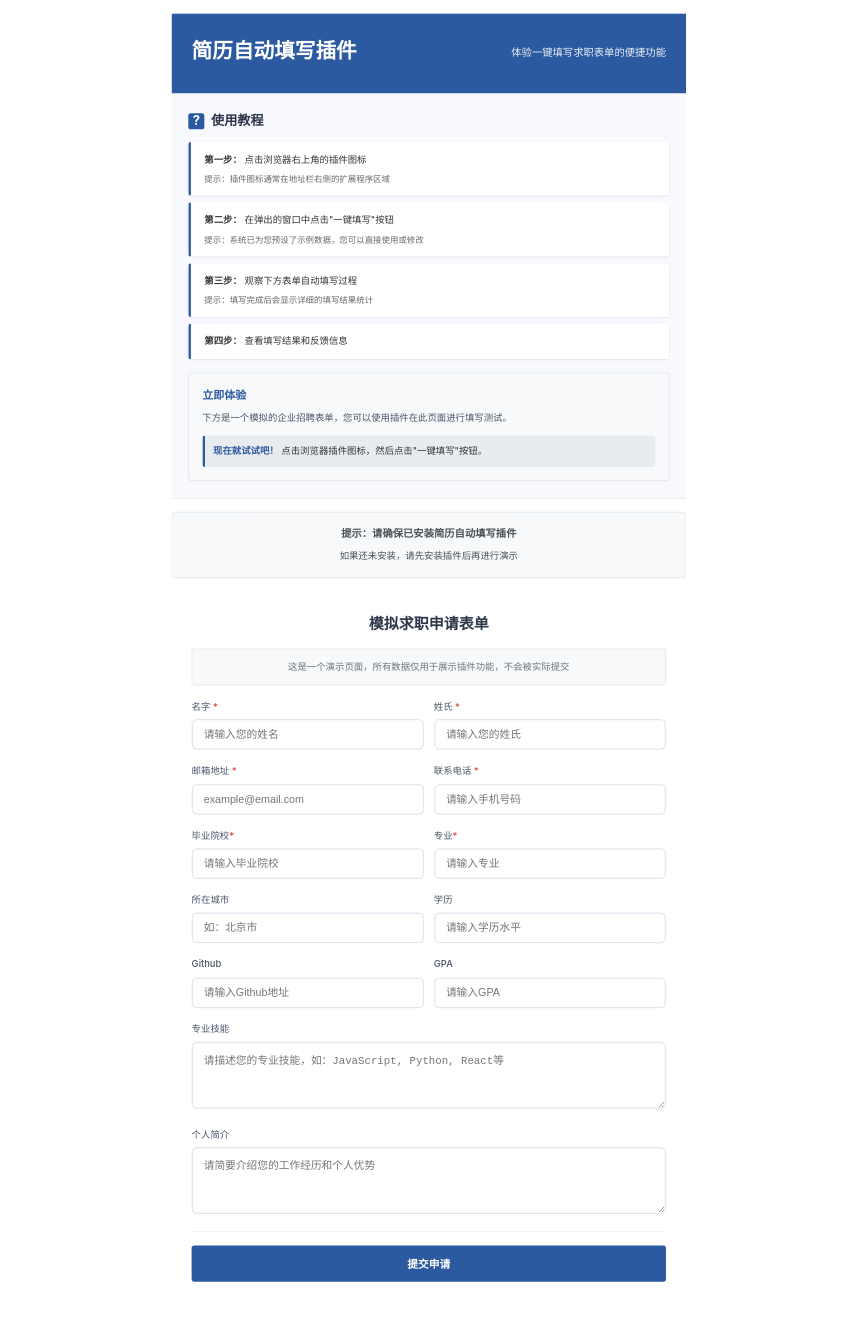
Repository: Zion74/jiancareer-chrome-main-zhn
Page: public/mock-form.html
The author's editor kept a copy of each file at every save. The page is drawn from the files as they stood at one save, then again after a run of saves.
The browser window is 1280 px wide. The pictures show the whole page, at 67% of full size.

Above is the page before, as saved 2025-09-10 08:41:09.

After the next 2 saves:
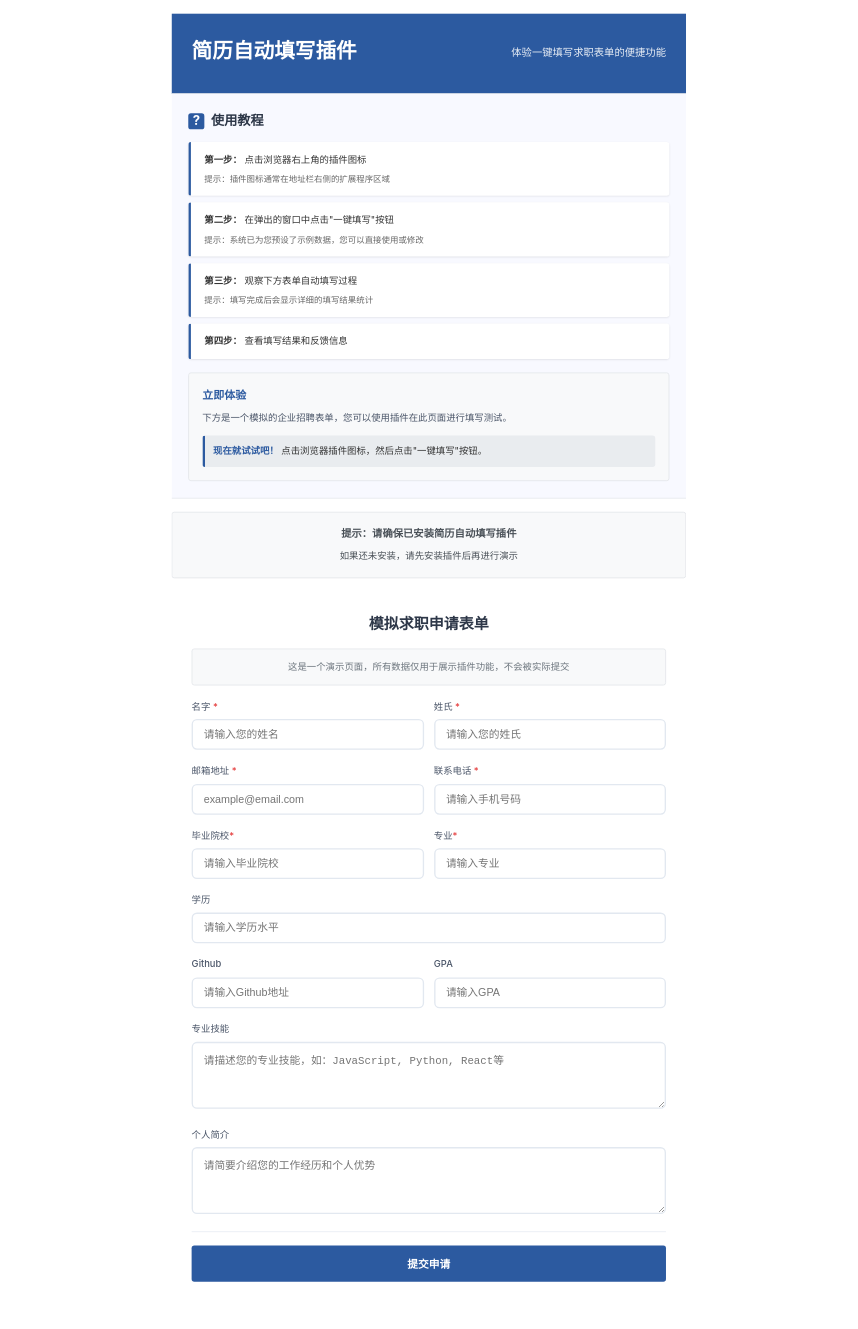
The 2 saves are shown as one change because they came seconds apart.
The last was saved 8 s later.
--- a/public/mock-form.html
+++ b/public/mock-form.html
@@ -329,15 +329,13 @@
                 </div>
 
                 <div class="form-row">
-                    <div class="form-group">
-                        <label for="location">所在城市</label>
-                        <input type="text" id="location" name="location" placeholder="如：北京市">
-                    </div>
+
 
                     <div class="form-group">
                         <label for="education">学历</label>
                         <input type="text" id="education" name="education" placeholder="请输入学历水平" required>
                     </div>
+
                 </div>
 
                 <div class="form-row">
